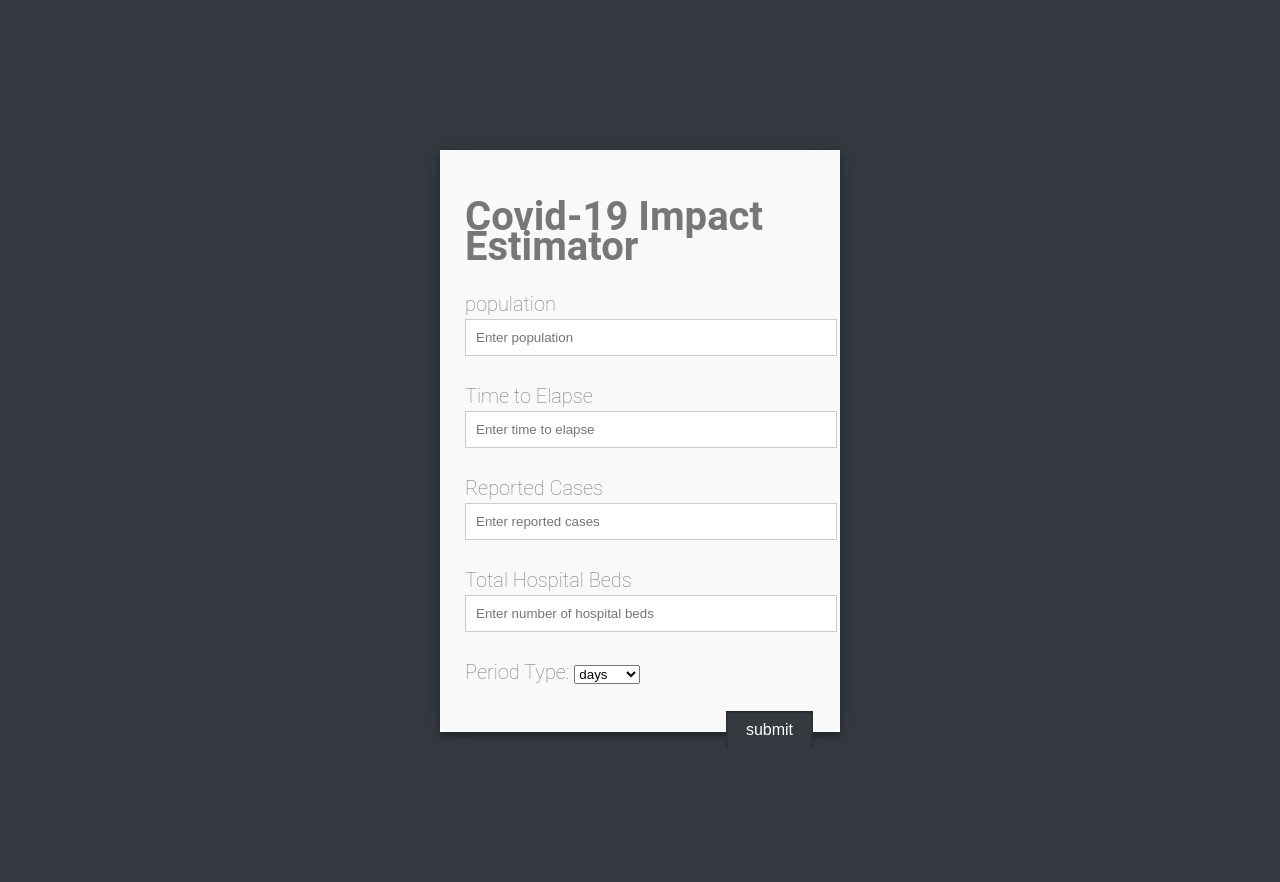
Repository: AbonyiXavier/FrontendUI--challenge-4
Page: index.html
These files come from the project's save history. The page is drawn as it stood at one moment and after the next save; the edit follows.
The browser window is 1280 px wide. The pictures show the whole page.

Above is the page before, as saved 2020-04-11 20:00:51.

After the next save:
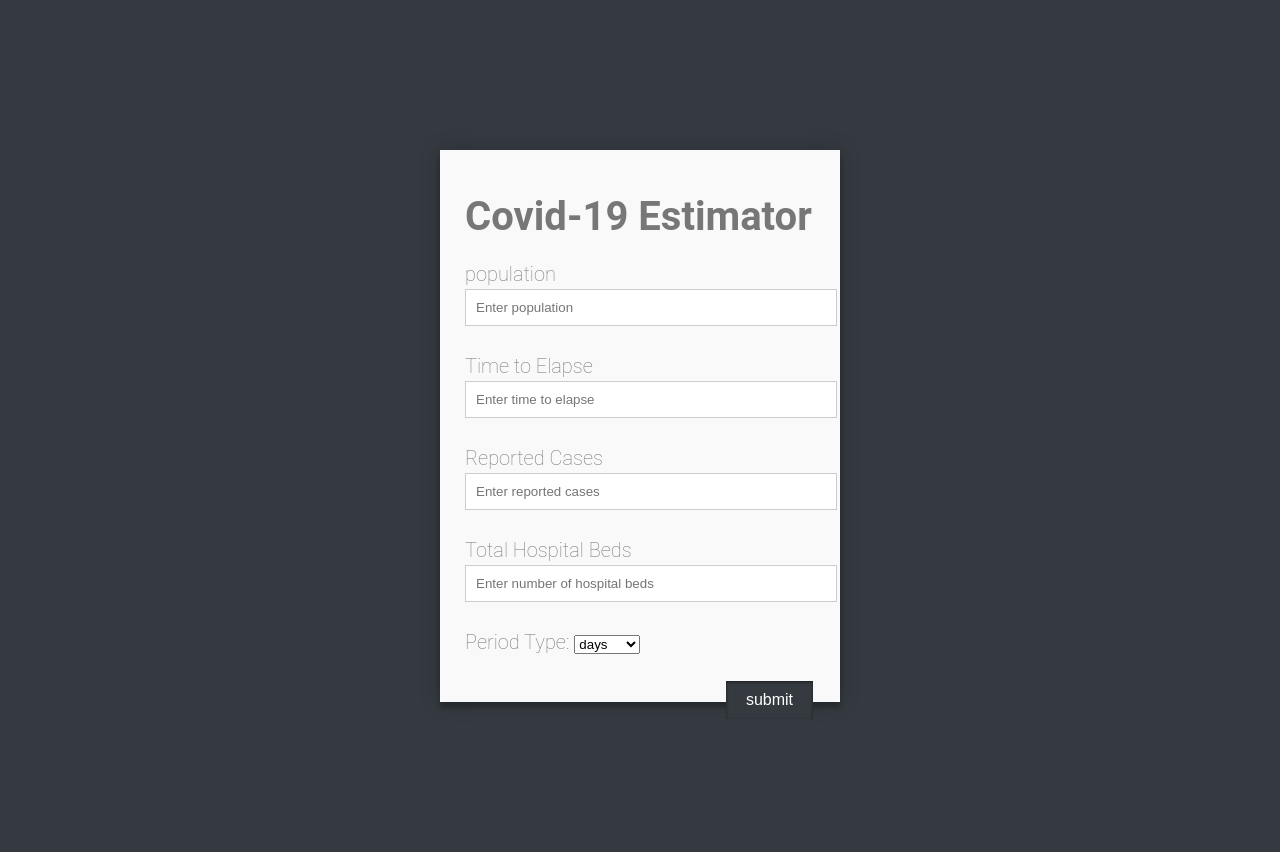
Saved 9 s later.
--- a/index.html
+++ b/index.html
@@ -11,7 +11,7 @@
     <div class="container">
       <form id="form">
         <div class="header">
-          <h1>Covid-19 Impact Estimator</h1>
+          <h1>Covid-19 Estimator</h1>
         </div>
         <p>
           <label for="">
